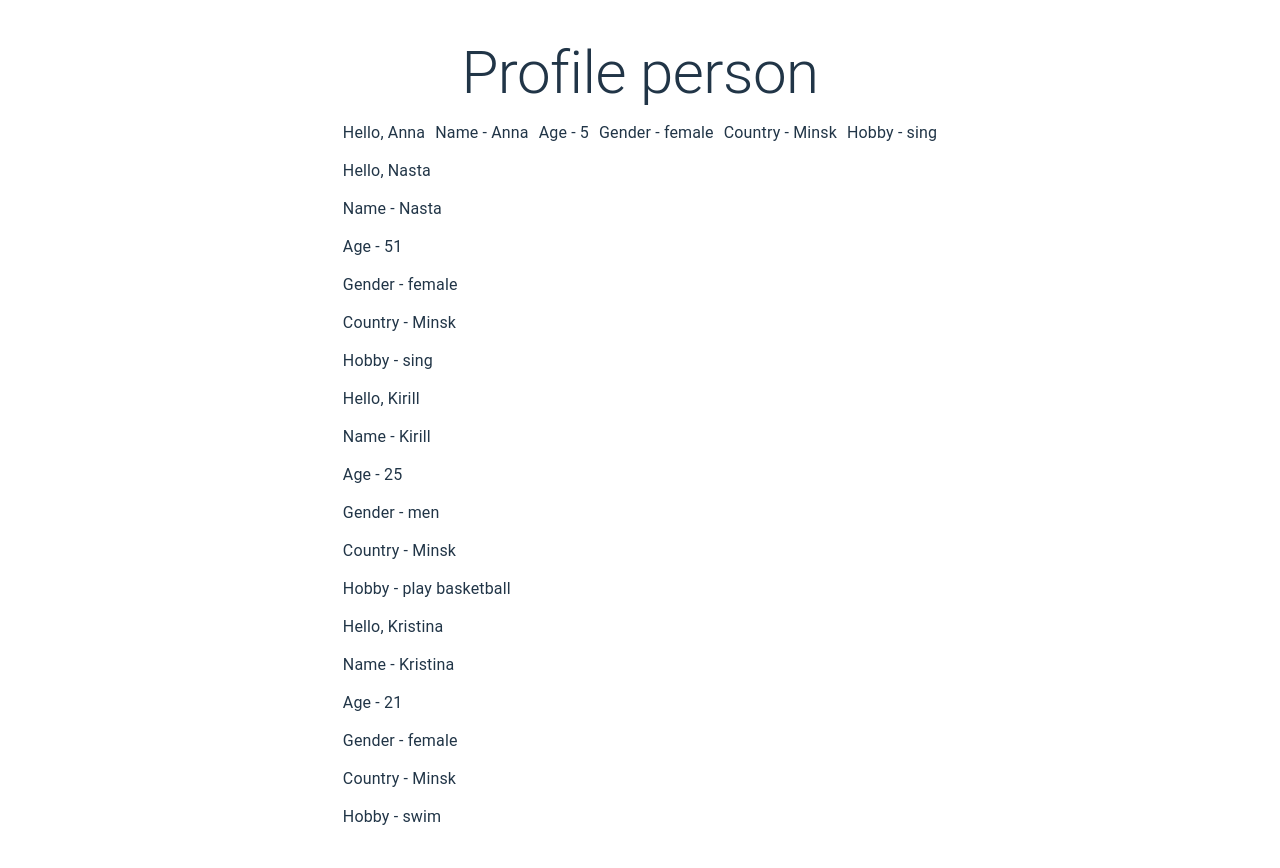
Repository: savannaaaas/props
Page: /
The author's editor kept a copy of each file at every save. The page is drawn from the files as they stood at one save, then again after the next save.
The browser window is 1280 px wide. The pictures show the whole page.
The project was rebuilt for these pictures with package versions that can differ from the ones it lists, and the page was loaded fresh each time. Also part of the build but not shown: vite.config.js, src/components/Person2.jsx.

Above is the page before, as saved 2025-07-08 00:15:03.

After the next save:
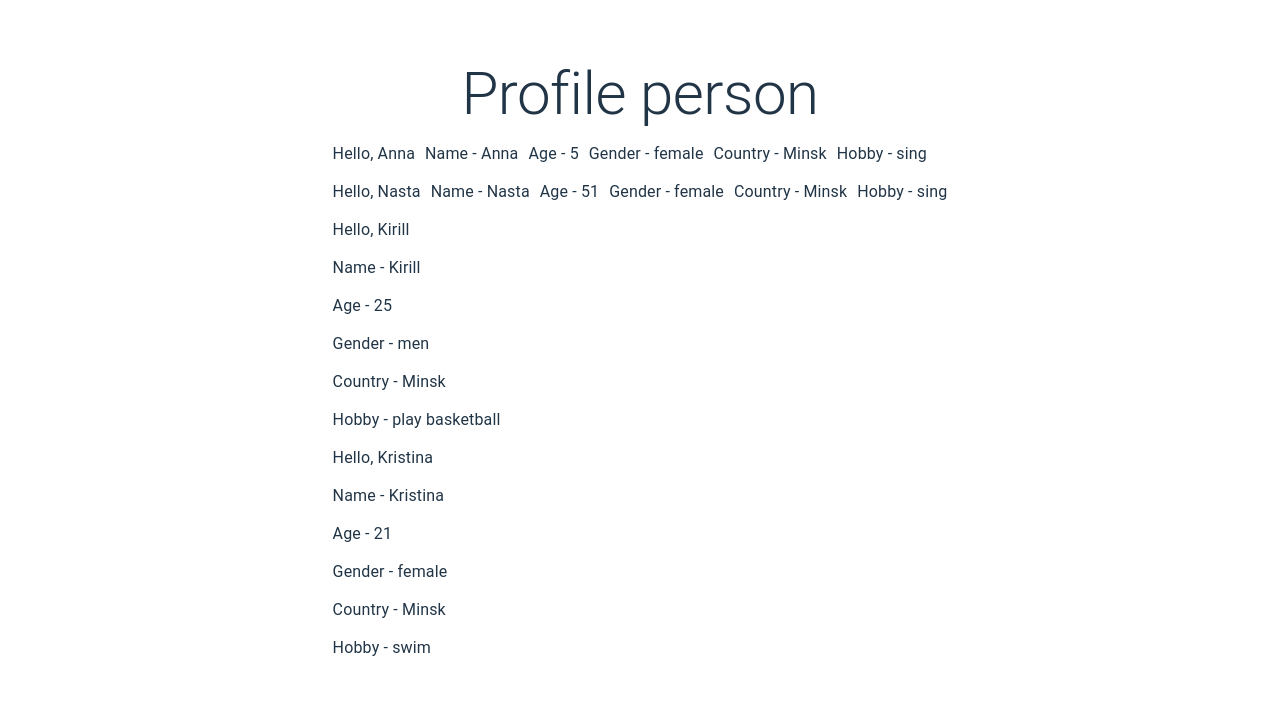
Saved 25 s later.
--- a/src/App.jsx
+++ b/src/App.jsx
@@ -37,15 +37,17 @@ function App() {
           hobbies={hobbies}
         />
       </Grid>
+      <Grid container direction="row">
+        <Person3
+          name={"Nasta"}
+          age={51}
+          men={false}
+          obj={obj}
+          sayHello={sayHello}
+          hobbies={hobbies}
+        />
+      </Grid>
 
-      <Person3
-        name={"Nasta"}
-        age={51}
-        men={false}
-        obj={obj}
-        sayHello={sayHello}
-        hobbies={hobbies}
-      />
       <Person4
         name={"Kirill"}
         age={25}
